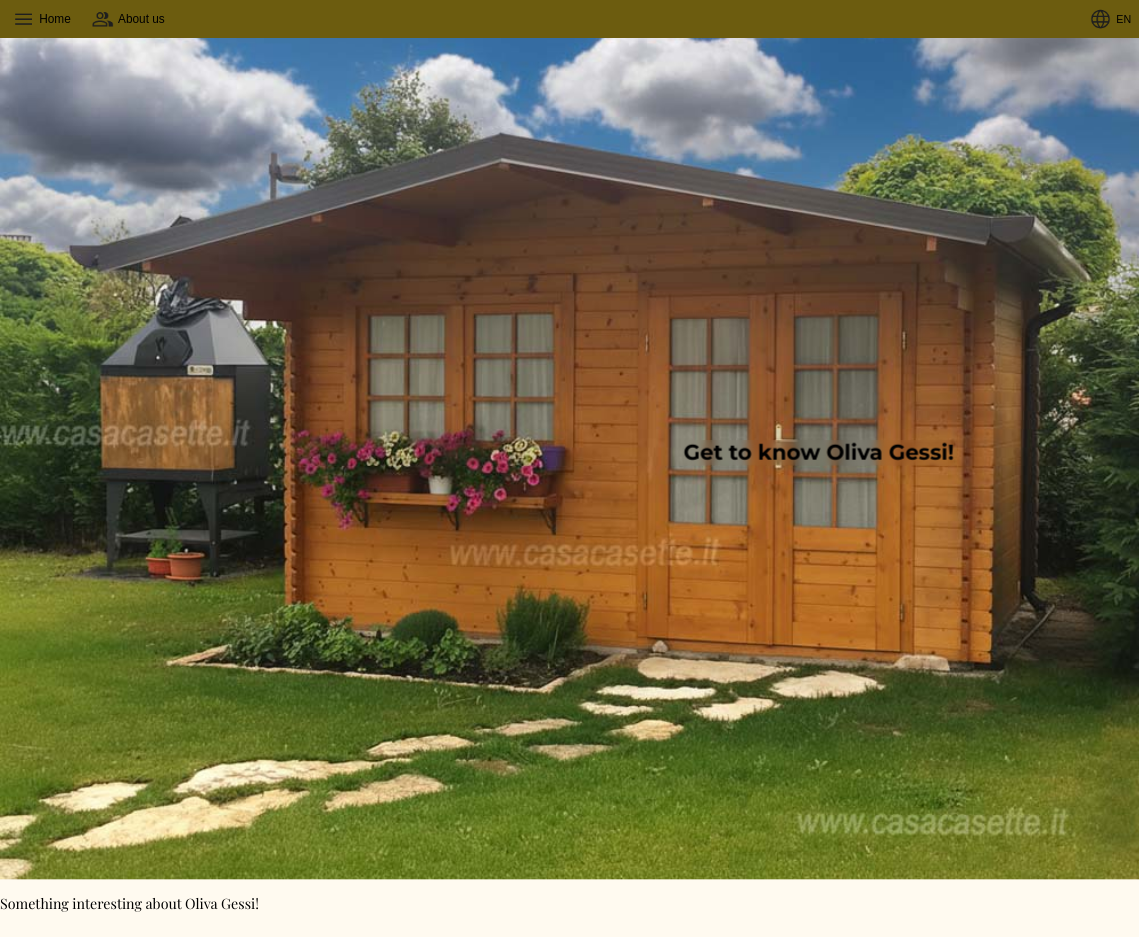
Repository: Seaside-Jokers/Oliva-gessi
Page: index.html
The author's editor kept a copy of each file at every save. The page is drawn from the files as they stood at one save, then again after the next save.
The browser window is 1280 px wide. The pictures show the whole page, at 89% of full size.
Some web fonts or font styles are not loaded; a fallback is used.

Above is the page before, as saved 2026-02-17 15:14:42.

### index.html
<!DOCTYPE html>
<html lang="it">
<head>
    <meta charset="UTF-8">
    <title>Oliva Gessi</title>
    <link rel="stylesheet" href="src/style.css">
    <link rel="alternate" hreflang="en" href="index.html">
    <link rel="alternate" hreflang="it" href="index.html">
    <link rel="preconnect" href="https://fonts.googleapis.com">
    <link rel="preconnect" href="https://fonts.gstatic.com" crossorigin>
    <link href="https://fonts.googleapis.com/css2?family=Playfair+Display:ital,wght@0,400..900;1,400..900&display=swap" rel="stylesheet">
</head>
<body>
    <!-- ======================================================================= -->
    <!--                                 NAVBAR                                  -->
    <!-- ======================================================================= -->
    <nav class="navbar">
        <!-- Home -->
        <button class="btn-navbar" type="button" onclick="toggleMenu()">
            <img src="assets/menu_icon.png" data-key="home" alt="Home" class="icone" id="navbar-button">
            <span data-key="home" class="navData">Menu</span>
        </button>
        <!-- About us-->
        <button class="btn-navbar" type="button" onclick="location.href='about-us.html'">
            <img src="assets/about_us.png" data-key="about" alt="Chi siamo" class="icone">
            <span data-key="about" class="navData">Chi siamo</span>
        </button>
        <!-- Cambio lingua (a destra) -->
        <button class="btn-navbar lang-button" type="button" onclick="changeLang()">
            <img src="assets/language.png" data-key="language" alt="Cambia lingua" class="icone">
            <span data-key="current_language" class="nav-data">IT</span>
        </button>
    </nav>
    <!-- ======================================================================= -->
    <!--                                 SIDEBAR                                 -->
    <!-- ======================================================================= -->
    <!-- Strato trasparente che permette di chiudere il menu cliccando fuori -->
    <div class="clicker" onclick="closeMenu()"></div>
    <!-- Menu laterale vero e proprio -->
    <div class="sidebar" id="sidebar">
        <!-- Chiudi il menu -->
        <button class="sidebar-button on_top" type="button" onclick="closeMenu()">
            <img src="assets/close.png" alt="Chiudi menu" class="icone large">
            <span data-key="close_menu" class="side-data">Chiudi</span>
        </button>
        <!-- About us -->
        <button class="sidebar-button" type="button" onclick="location.href='about-us.html'">
            <img src="assets/about_us.png" alt="Chiudi menu" class="icone large">
            <span data-key="about" class="side-data">Chi siamo</span>
        </button>
        <details>
            <!-- Le varie pagine del file -->
            <summary data-key="cerca_pagina"></summary>
        </details>
    </div>

    <!-- ======================================================================= -->
    <!--                                CONTENUTO                                -->
    <!-- ======================================================================= -->
    <div class="container spaced">
        <!-- Foto dettagliata (prova) -->
        <img src="assets/prova_dettagliata.jpg" data-key="titolo_img" alt="Logo Oliva Gessi" class="immagine">
        <h2 data-key="titolo" id="titolotxt" class="blurry title">Vieni a conoscere Oliva Gessi!</h2>
    </div>
    <p data-key="testo_introduzione" class="text"></p>
    <div class="container spaced">
    </div>

    <!--=======================================================================-->
    <!--                      DO NOT TOUCH BELOW THIS LINE                     -->
    <!--=======================================================================-->
    <script src="src/database_testo.js"></script>
    <script src="src/color_scheme.js"></script>
    <script src="src/sidebar.js"></script>
</body>

<!-- TODO: leggi questo commento e poi eliminalo per favore: quando vuoi aggiungere un nuovo testo modificalo in src/database_testo.js -->
</html>

### src/style.css
/* -------------------------------------------------------------------------- */
/*                                    BASE                                    */
/* -------------------------------------------------------------------------- */
/* corpo dell'HTML */
body {
    font-family: 'Montserrat', sans-serif;
    margin: 0;
    padding: 0;
    background-color: var(--colors-background);
}
.spaced {
    margin-top: 28px;
}
.on_top {
    margin-top: 25px;
}

@font-face {
    font-family: 'Playfair Display';
    src: url('../fonts/Playfair_Display/PlayfairDisplay-VariableFont_wght.ttf') format('truetype');
    font-weight: 100 900;
    font-style: normal;
    font-display: swap;
}
@font-face {
    font-family: 'Playfair Display';
    src: url('../fonts/Playfair_Display/PlayfairDisplay-Italic-VariableFont_wght.ttf') format('truetype');
    font-weight: 100 900;
    font-style: italic;
    font-display: swap;
}

@font-face {
    font-family: 'Montserrat';
    src: url('../fonts/Montserrat/Montserrat-VariableFont_wght.ttf') format('truetype');
    font-weight: 100 900;
    font-style: normal;
    font-display: swap;
}
@font-face {
    font-family: 'Montserrat';
    src: url('../fonts/Montserrat/Montserrat-Italic-VariableFont_wght.ttf') format('truetype');
    font-weight: 100 900;
    font-style: italic;
    font-display: swap;
}

.text {
    font-family: 'Playfair Display', serif;
}
.title {
    font-family: 'Montserrat', sans-serif;
}

/* -------------------------------------------------------------------------- */
/*                                   NAVBAR                                   */
/* -------------------------------------------------------------------------- */
nav.navbar {
    position: fixed;
    top: 0;
    width: 100%;
    display: flex;
    align-items: center;
    background-color: var(--colors-primary);
    padding: 5px;
}
.icone {
    width: 25px;
    height: auto;
    display: block;
    margin: 0px 5px;
}
.icone.large {
    width: 30px;
}

button.btn-navbar {
    padding: 4px;
    margin-right: 10px;
    background: none;
    border: none;
    cursor: pointer;
    transition: transform 0.2s;
    display: flex;
    flex-direction: row;
    align-items: center;
    justify-content: center;
}
.btn-navbar:hover {
    transform: scale(1.1);
}
button.btn-navbar.lang-button {
    margin-left: auto;
    margin-right: 10px;
}
button.btn-navbar.ruotata {
    transform: rotate(90deg);
}

span.nav-data {
    font-size: 12px;
}
/* TODO: apertuta menu, rotazione di 90° quando il menù è aperto */

.btn-menu:hover {
    transform: scale(1.1);
}

/* -------------------------------------------------------------------------- */
/*                               SIDEBAR (HOME)                               */
/* -------------------------------------------------------------------------- */
.clicker {
    position: fixed;
    top: 0;
    left: 0;
    width: 0%;
    height: 0%;
    z-index: 1;
}
.clicker.show {
    width: 100%;
    height: 100%;
}
.sidebar {
    position: fixed;
    height: 100%;
    width: 250px;
    position: fixed;
    z-index: 1000;
    top: 0;
    left: -250px;
    background-color: var(--colors-primary);
    overflow-x: hidden;
    transition: 0.5s;
    flex-direction: column;
}
.sidebar.aperta {
    left: 0;
}
.sidebar-button {
    background: none;
    border: none;
    display: flex;
    flex-direction: row;
    align-items: center;
    flex: 1;
    margin: 8px 3px;
}
.side-data {
    font-size: 14px;
}
details {
  cursor: pointer;
  font-weight: bold;
  margin-top: 10px;
  margin-bottom: 15px;
  margin-left: 15px;
}

/* -------------------------------------------------------------------------- */
/*                                  CONTENUTO                                 */
/* -------------------------------------------------------------------------- */
.container {
    display: flex;
    flex-direction: row;
    align-items: center;
    justify-content: center;
    width: 100%;
}
.immagine {
    width: 100%;
    aspect-ratio: 4/3;
    margin-left: auto;
    margin-right: 0;
}
.blurry {
    backdrop-filter: blur(5px);
    -webkit-backdrop-filter: blur(8px);
}

#titolotxt {
    z-index: 200;
    position: absolute;
    left: 60%;
}

/* TODO far sì che scali tutto bene con le dimensioni dello schermo */



/* -------------------------------------------------------------------------- */
/*                              IMG (ABOUT US)                               */
/* -------------------------------------------------------------------------- */



#jacopo {

    margin: 100px, 100px;
}

/*
    Fonts: https://ctrl-z.it/9-font-architettura-tavole-portfolio https://material-f/
    Design: foundation.github.io/material-theme-builder/
    Fonts: Playfair Display (titoli), Montserrat (testo normale)
*/

### src/database_testo.js
const traduzioni = {
    "it": {
        titolo: "Vieni a conoscere Oliva Gessi!",
        home: "Home",
        about: "Chi siamo",
        language: "Cambia lingua",
        current_language: "IT",
        close_menu: "Chiudi",
        cerca_pagina: "Cerca la pagina",
        titolo_img: "Foto di Oliva Gessi",
        testo_introduzione: "Qualcosa di interessante su Oliva Gessi!", // TODO! completare
    },
    "en": {
        titolo: "Get to know Oliva Gessi!",
        home: "Home",
        about: "About us",
        language: "Change language",
        current_language: "EN",
        close_menu: "Close menu",
        cerca_pagina: "Search the page",
        titolo_img: "Oliva Gessi's image",
        testo_introduzione: "Something interesting about Oliva Gessi!", // TODO! completare
    }
}

function getTesto(key) {
    return traduzioni[state][key] || key;
}



/* -------------------------------------------------------------------------- */
/*                                DO NOT TOUCH                                */
/* -------------------------------------------------------------------------- */
let state =  getDefaultLang();

function aggiornaInterfaccia() {
    const elementi = document.querySelectorAll('[data-key]');

    elementi.forEach(el => {
        const chiave = el.getAttribute('data-key');
        const testoTradotto = traduzioni[state][chiave];

        if (testoTradotto) {
            if (el.tagName === 'IMG') {
                el.alt = testoTradotto;
            } else {
                // Altrimenti aggiorna il testo normale
                el.textContent = testoTradotto;
            }
        }
    });
}

/* -------------------------------------------------------------------------- */
/*                            Cambiamenti di stato                            */
/* -------------------------------------------------------------------------- */
function getDefaultLang() {
    if(navigator.language.substring(0, 2) === "it")
        return "it";

    return "en";
}
function defaultLang() {
    state = getDefaultLang();
    aggiornaInterfaccia();
    return true;
}
function changeLangTo(_state) {
    if(_state !== "it" && _state !== "en") {
        defaultLang();
        return;
    }
    state = _state;
    aggiornaInterfaccia();
}
function changeLang() {
    if(state === "it")
        changeLangTo("en");
    else
        changeLangTo("it");
}

document.addEventListener("DOMContentLoaded", aggiornaInterfaccia);

### src/sidebar.js
let menuAperto = false;

function toggleMenu() {
    menuAperto = !menuAperto;

    const icon = document.getElementById("navbar-button");
    icon.classList.toggle('ruotata');

    const menu = document.getElementById("sidebar");
    menu.classList.toggle('aperta');

    const clicker = document.querySelector(".clicker");
    clicker.classList.toggle('show');
}
function closeMenu() {
    if(!menuAperto) return;
    toggleMenu();
}

Loaded but not shown: src/color_scheme.js (530 lines, source omitted)

After the next save:
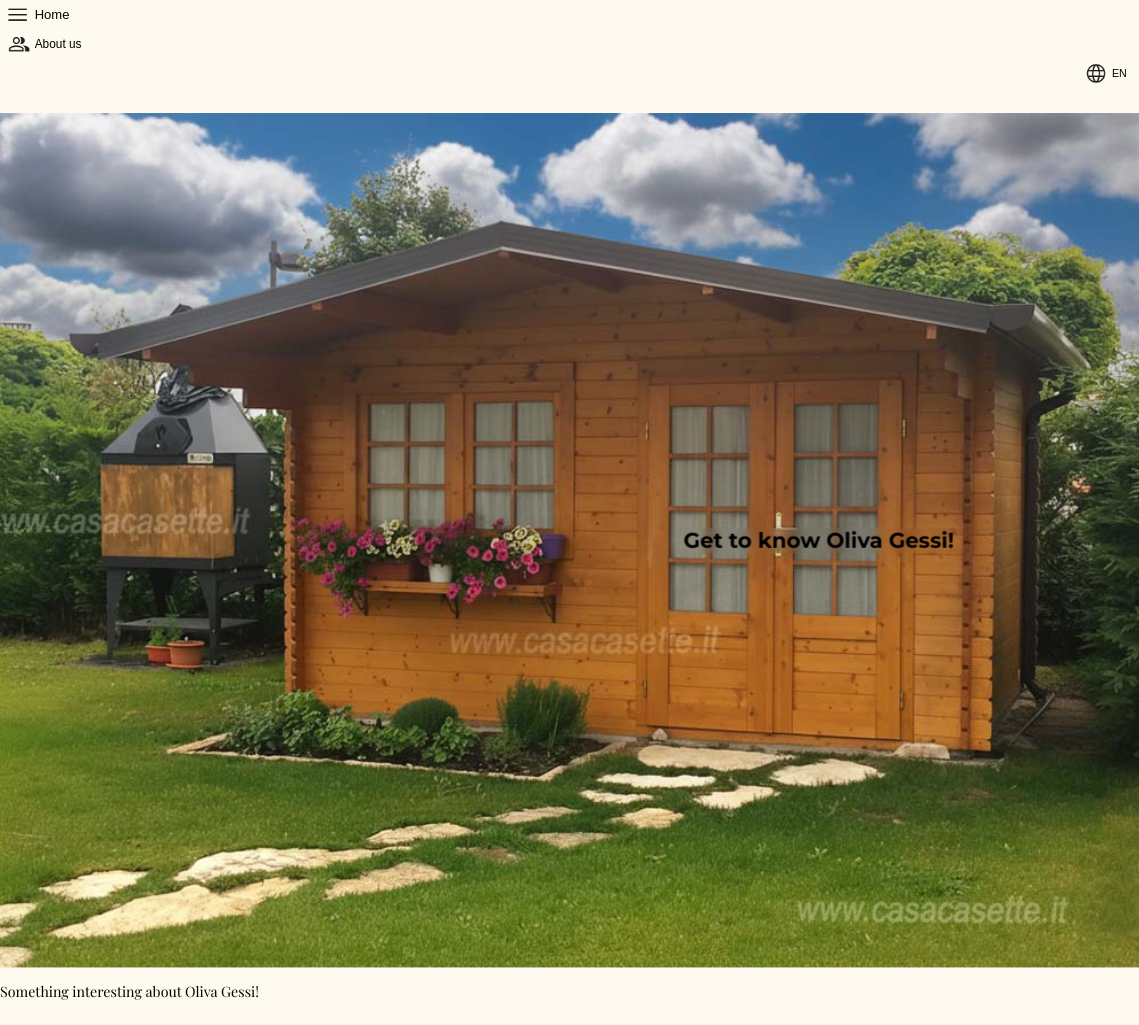
Saved 4 s later.
--- a/src/style.css
+++ b/src/style.css
@@ -51,6 +51,8 @@
 .title {
     font-family: 'Montserrat', sans-serif;
 }
+
+class
 
 /* -------------------------------------------------------------------------- */
 /*                                   NAVBAR                                   */

After the 2 saves that followed:
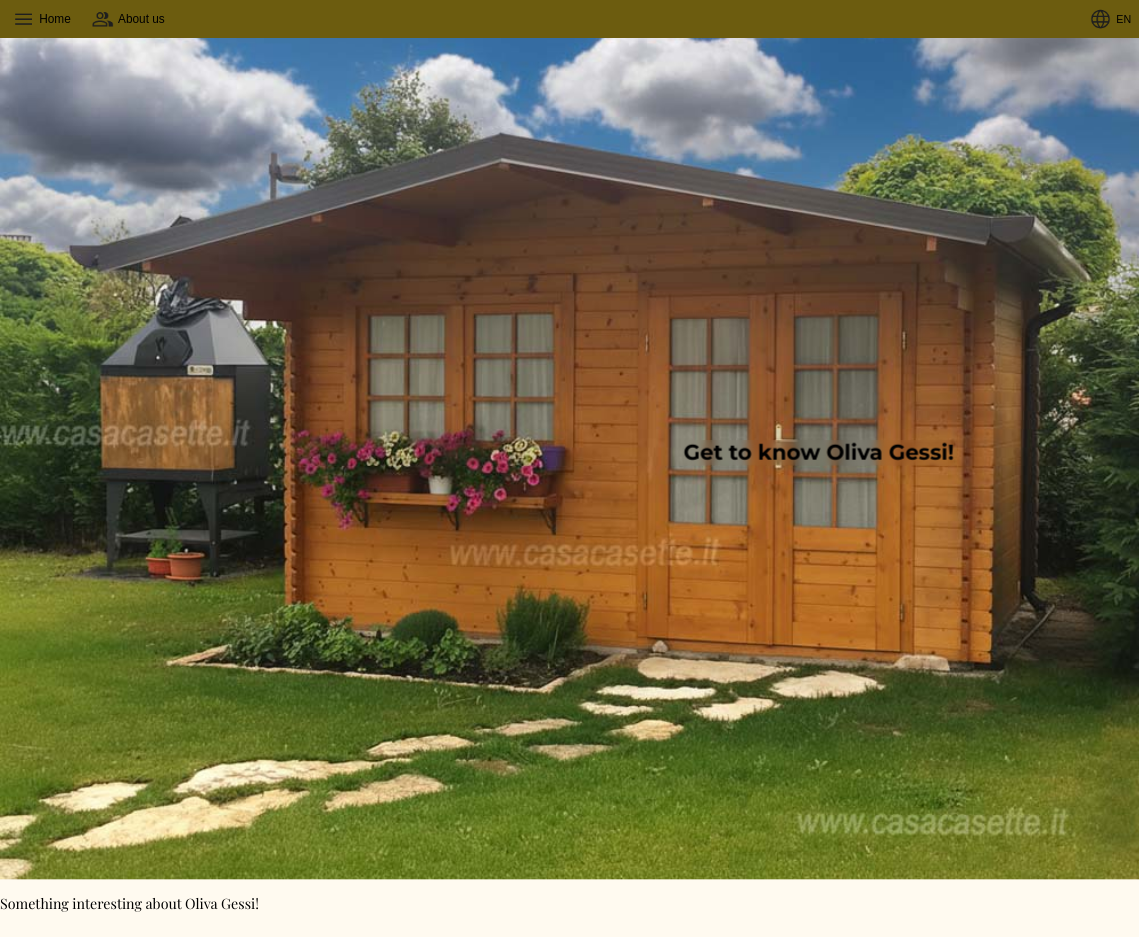
The 2 saves are shown as one change because they came seconds apart.
The last was saved 8 s later.
--- a/src/style.css
+++ b/src/style.css
@@ -52,7 +52,6 @@
     font-family: 'Montserrat', sans-serif;
 }
 
-class
 
 /* -------------------------------------------------------------------------- */
 /*                                   NAVBAR                                   */
